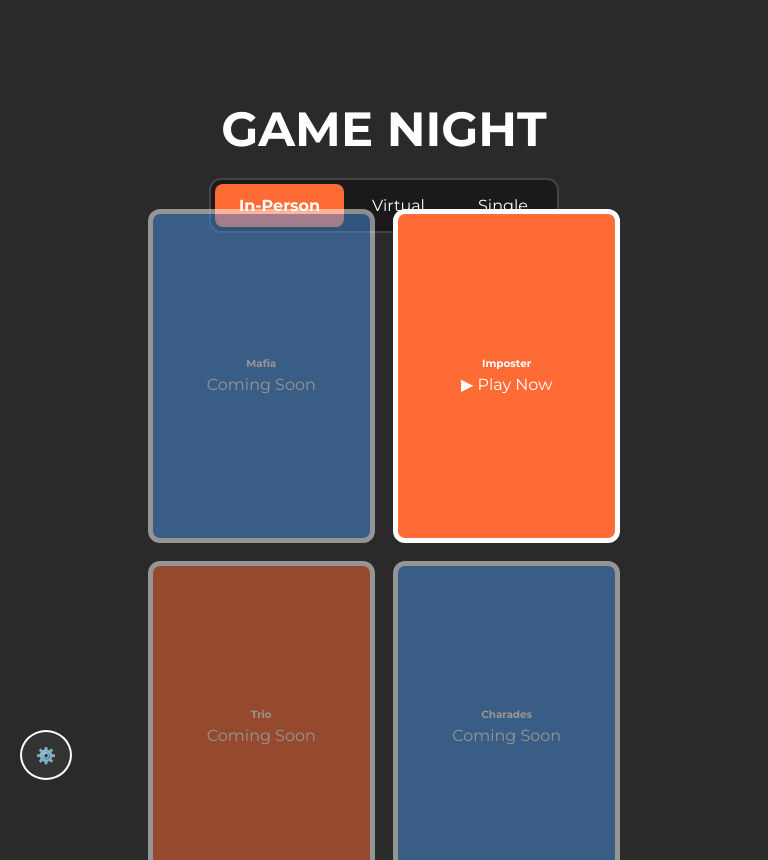
Repository: nfemmanuel/game-night-app
Page: /
These files come from the project's save history. The page is drawn as it stood at one moment and after the next save; the edit follows.
The browser window is 768 px wide. The pictures show the whole page.
The project was rebuilt for these pictures with package versions that can differ from the ones it lists, and the page was loaded fresh each time. Also part of the build but not shown: src/components/BackButton.jsx, src/components/HelpButton.jsx, src/pages/imposter/ImposterSetup.jsx, src/data/wordList.js, src/pages/imposter/ImposterReveal.jsx, src/pages/imposter/ImposterVoting.jsx.

Above is the page before, as saved 2026-01-03 19:50:24.

After the next save:
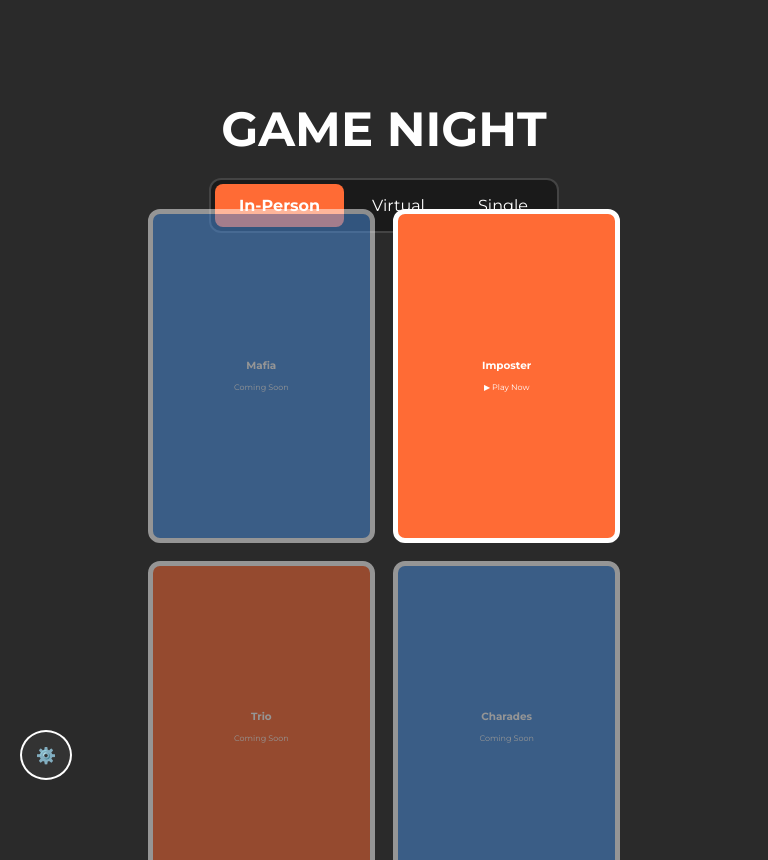
Saved 5 s later.
--- a/src/components/GameCard.module.css
+++ b/src/components/GameCard.module.css
@@ -75,7 +75,7 @@
         line-height: 1.1;
     }
 
-    .cardStat {
+    .cardStatus {
         font-size: 0.5rem;
         margin-top: 5px;
     }
